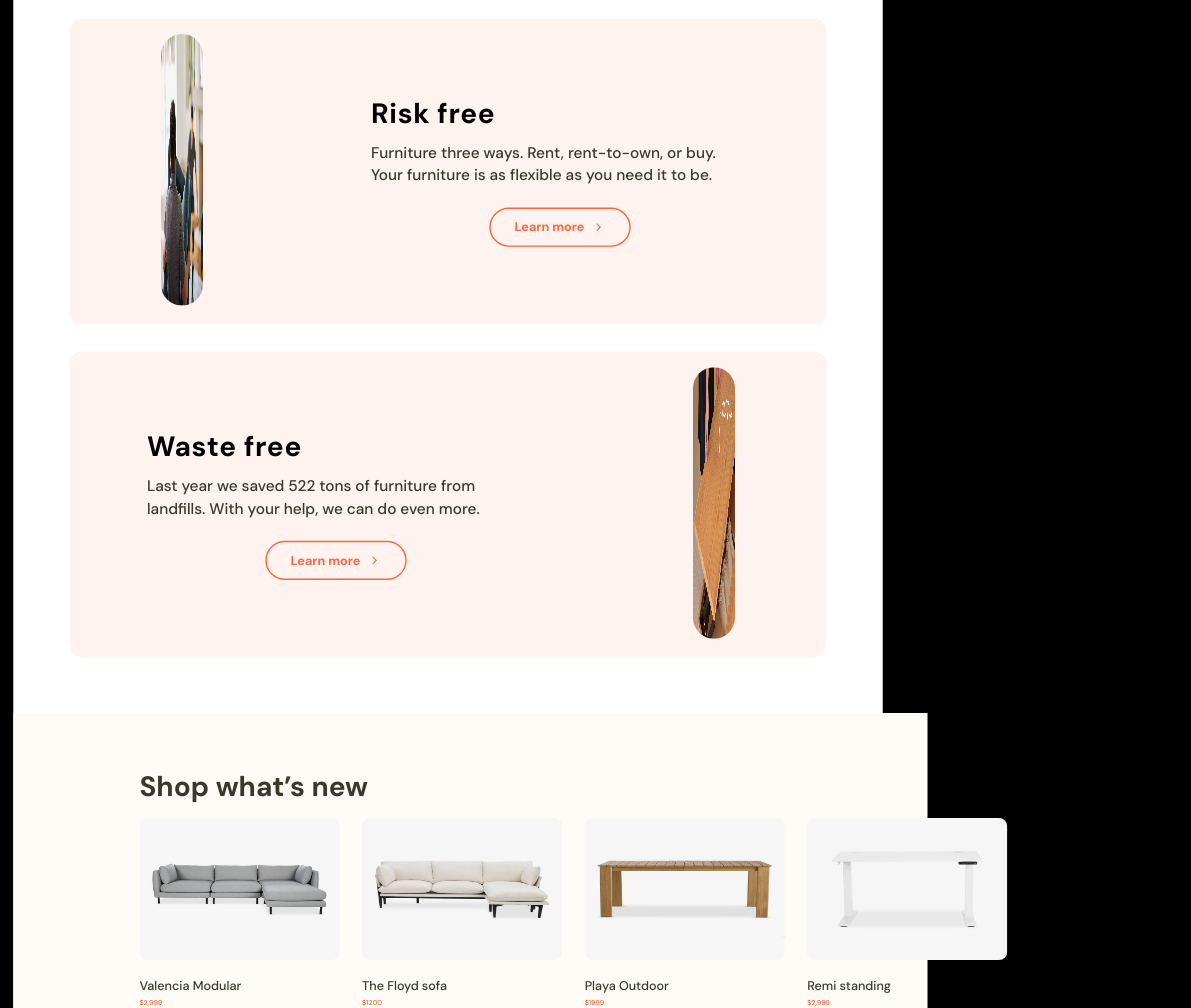
Repository: noman-source/Furniture-website
Page: index.html
These files come from the project's save history. The page is drawn as it stood at one moment and after a run of saves; the edit follows.
The browser window is 1280 px wide. The page is 1702 px wide, so the pictures cover 1702 px, including what lies to the right of the window. The pictures show the part of the page from y = 2331 to 3771 px (the page is 4311 px tall), at 70% of full size.

Above is the page before, as saved 2025-07-04 13:09:52.

### index.html
<!DOCTYPE html>
<html lang="en">

<head>
    <meta charset="UTF-8">
    <meta name="viewport" content="width=device-width, initial-scale=1.0">
    <title>Document</title>
    <link rel="stylesheet" href="style.css">
</head>

<body>
    <header>
        <div class="navbar">
            <div class="nav-left">
                <ul>
                    <li>Cards</li>
                    <li>About</li>
                    <li>App</li>
                </ul>
            </div>
            <div class="nav-center">
                <ul>
                    <li><img src="asserts/svg/navbar-logo.svg" alt=""></li>
                    <li>Halal_Lab</li>
                </ul>
            </div>
            <div class="nav-right"><button><img src="asserts/svg/search.svg" alt="">Check delivery area</button></div>
        </div>
    </header>
    <main>
        <div class="section1">
            <div class="section1-left">
                <div class="section1-text">
                    <h2>An innovative way to make furniture lighter</h2>
                    <h4>Discover hassle-free delivery, free assembly and the flexibility to rent, rent-to-own or buy.
                    </h4>
                    <div class="section1-butt"><button>
                            <p>Start shopping</p><img src="asserts/svg/arrow.svg" alt="">
                        </button></div>
                </div>
            </div>
            <div class="section1-right">
                <img src="asserts/image/img 1.jpg" alt="">
            </div>
        </div>
        <div class="section2">
            <ul>
                <li><img src="asserts/svg/checkmark-circle-01.svg" alt="">Fast, free delivery & assembly</li>
                <li><img src="asserts/svg/checkmark-circle-01.svg" alt="">Convenient rent or buy options</li>
                <li><img src="asserts/svg/checkmark-circle-01.svg" alt="">Low upfront costs for all rentals</li>
                <li><img src="asserts/svg/checkmark-circle-01.svg" alt="">Flexibility to buy out rental items later</li>
            </ul>
        </div>
        <div class="section3">
            <p>About our product</p>
            <div class="section3-content">
                <div class="box box1">
                    <div class="circle"><img src="asserts/svg/upload-03.svg" alt=""></div>
                    <p>We provide a high quality rental at an affordable price</p>
                </div>
                <div class="box box2">
                    <div class="circle"><img src="asserts/svg/drawing-mode.svg" alt=""></div>
                    <p>Feather has made furniture rentals
                        cool again.</p>
                </div>
                <div class="box box3">
                    <div class="circle"><img src="asserts/svg/cabinet-01.svg" alt=""></div>
                    <p>Ease the pain of moving from
                        apartment to apartment.</p>
                </div>

            </div>
        </div>
        <div class="section4">
            <p>Browse by room</p>
            <div class="section4-content">
                <div class="box box1"><img src="asserts/image/img 2.png" alt="">
                    <p>Office <img src="asserts/svg/Vector.svg" alt=""></p>
                </div>
                <div class="box box2"><img src="asserts/image/img 3.png" alt="">
                    <p>Bedroom <img src="asserts/svg/Vector.svg" alt=""></p>
                </div>
                <div class="box box3"><img src="asserts/image/img 4.png" alt="">
                    <p>Living room <img src="asserts/svg/Vector.svg" alt=""></p>
                </div>
                <div class="box box4"><img src="asserts/image/img 5.png" alt="">
                    <p>Dining room <img src="asserts/svg/Vector.svg" alt=""></p>
                </div>
            </div>
        </div>
        <div class="section5">
            <div class="section5-top">
                <div class="left">
                    <div class="text">
                        <h3>Hassle free</h3>
                        <p>High quality but affordable rental designs.</p>
                    </div>
                    <div class="button"><button>Learn more <img src="asserts/svg/arrow-down-01.svg" alt=""></button>
                    </div>
                </div>
                <div class="right"><img src="asserts/image/img 6.png" alt=""></div>
            </div>
            <div class="section5-middle">
                <div class="right"><img src="asserts/image/img 7.png" alt=""></div>
                <div class="left">
                    <div class="text">
                        <h3>Risk free</h3>
                        <p>Furniture three ways. Rent, rent-to-own, or buy. Your furniture is as flexible as you need it
                            to be.</p>
                    </div>
                    <div class="button"><button>Learn more <img src="asserts/svg/arrow-down-01.svg" alt=""></button>
                    </div>
                </div>
            </div>
            <div class="section5-end">
                <div class="left">
                    <div class="text">
                        <h3>Waste free</h3>
                        <p>Last year we saved 522 tons of furniture from landfills. With your help, we can do even more.
                        </p>
                    </div>
                    <div class="button"><button>Learn more <img src="asserts/svg/arrow-down-01.svg" alt=""></button>
                    </div>
                </div>
                <div class="right"><img src="asserts/image/img 8.png" alt=""></div>
            </div>
        </div>
        <div class="section6">
            <div class="section6-content">
                <h3>Shop what’s new</h3>
                <div class="boxes">
                    <div class="box">
                        <div class="box-top"><img src="asserts/image/img 9.png" alt=""></div>
                        <div class="box-bottom">
                            <h4>Valencia Modular </h4>
                            <p>$2,999</p>
                        </div>
                    </div>
                    <div class="box">
                        <div class="box-top"><img src="asserts/image/img 10.png" alt=""></div>
                        <div class="box-bottom">
                            <h4>The Floyd sofa</h4>
                            <p>$1200</p>
                        </div>
                    </div>
                    <div class="box">
                        <div class="box-top"><img src="asserts/image/img 11.png" alt=""></div>
                        <div class="box-bottom">
                            <h4>Playa Outdoor</h4>
                            <p>$1999</p>
                        </div>
                    </div>
                    <div class="box">
                        <div class="box-top"><img src="asserts/image/img 12.png" alt=""></div>
                        <div class="box-bottom">
                            <h4>Remi standing</h4>
                            <p>$2,999</p>
                        </div>
                    </div>
                </div>
            </div>
        </div>
    </main>

    <footer>
        <div class="boxes">
            <div class="box box1">
                <div class="box1-top">
                    <p>Be in the know<br>
                        Get the latest products, promotions, and design tips in your inbox. Sign up and get 25% off your
                        first month.</p>
                </div>
                <div class="box1-bottom"><input type="email"placeholder="Email"><button>Submit</button></div>
            </div>
            <div class="box box2"><ul>
                <li>Shop</li>
                <li>The Goods</li>
                <li>Feather for Business</li>
                <li>Get design help</li>
            </ul></div>
            <div class="box box3"><ul>
                <li>Help</li>
                <li>hello@livefeather.com</li>
                <li>FAQs</li>
            </ul></div>
            <div class="box box4"><ul>
                <li>Follow us</li>
                <li><img src="asserts/svg/Instagram.svg" alt=""><img src="asserts/svg/Twitter.svg" alt=""><img src="asserts/svg/pinterest.svg" alt=""><img src="asserts/svg/Facebook.svg" alt=""><img src="asserts/svg/linkdin.svg" alt=""></li>
            </ul></div>
        </div>
    </footer>

</body>

</html>

### style.css
@import url('https://fonts.googleapis.com/css2?family=DM+Sans:ital,opsz,wght@0,9..40,100..1000;1,9..40,100..1000&display=swap');
@import url('https://fonts.googleapis.com/css2?family=DM+Sans:ital,opsz,wght@0,9..40,100..1000;1,9..40,100..1000&display=swap');
@import url('https://fonts.googleapis.com/css2?family=DM+Sans:ital,opsz,wght@0,9..40,100..1000;1,9..40,100..1000&display=swap');

body {
    font-family: "DM Sans", sans-serif;
    background-color: black;
}

.website {
    background-color: white;
}

* {
    margin: 0;
    padding: 0;
}

header .navbar {
    width: 97%;
    margin: auto;
    height: 72px;
    display: flex;
    justify-content: space-around;
    align-items: center;
    background-color: rgb(246, 244, 244);
    gap: 13%;
    border-bottom: 1px solid #E4E4E4;
}

header .navbar .nav-left {
    font-size: 16px;
    font-weight: 500;
    line-height: 24px;
    letter-spacing: -1%;
}

header .navbar .nav-left ul {
    display: flex;
    justify-content: center;
    align-items: center;
    gap: 50px;
}

header .navbar .nav-left ul li {
    list-style-type: none;
}

header .navbar .nav-center ul {
    display: flex;
    justify-content: center;
    align-items: center;
    gap: 10px;
    font-family: "Ramabhadra", sans-serif;
}

header .navbar .nav-center ul li {
    list-style-type: none;
    font-size: 18px;
    font-weight: 400;
    display: flex;
    justify-content: center;
    align-items: center;
}

header .navbar .nav-right button {
    width: 130%;
    height: 40px;
    background-color: #FD653E;
    border-radius: 32px;
    border: none;
    transform: translateX(-50px);
    display: flex;
    justify-content: center;
    align-items: center;
    gap: 15px;
    font-size: 16px;
    font-weight: 700;
    color: white;
}

main .section1 {
    width: 97%;
    margin: auto;
    height: 588px;
    background-color: #FFF3EF;
    display: flex;
    justify-content: space-around;
    align-items: center;
}

main .section1 .section1-right {
    width: 50%;
    display: flex;
    justify-content: center;
    align-items: center;
}

main .section1 .section1-left {
    width: 50%;
}

main .section1 .section1-left .section1-text {
    width: 70%;
    margin: auto;
    height: 250px;
    display: flex;
    flex-direction: column;
    gap: 20px;
}

main .section1 .section1-left .section1-text h2 {
    font-size: 48px;
    font-weight: 700;
}

main .section1 .section1-left .section1-text p {
    font-size: 18px;
    font-weight: 400;
    color: #39382A;
}

main .section1 .section1-left .section1-text button {
    width: 235px;
    height: 56px;
    display: flex;
    justify-content: center;
    align-items: center;
    gap: 10px;
    border-radius: 32px;
    border: transparent;
    background-color: #ED653B;
}

main .section1 .section1-left .section1-text button p {
    color: white;
    font-size: 20px;
    font-weight: 700;
    font-family: "DM Sans", sans-serif;
}

main .section1 .section1-right img {
    width: 645px;
    border-radius: 12px;
}

.section2 {
    height: 74px;
    width: 97%;
    margin: auto;
    background-color: #ECF4E9;
}

.section2 ul {
    height: 74px;
    display: flex;
    justify-content: space-between;
    align-items: center;
}

.section2 ul li {
    font-family: "DM Sans", sans-serif;
    list-style-type: none;
    display: flex;
    justify-content: center;
    align-items: center;
    gap: 5px;
    font-size: 18px;
    font-weight: 400;
}

.section3 {
    width: 97%;
    margin: auto;
    height: 516px;
    background-color: white;
}

.section3>p {
    font-size: 40px;
    font-weight: 700;
    height: 170px;
    display: flex;
    color: #39302A;
    justify-content: center;
    align-items: center;
}

.section3-content {
    display: flex;
    justify-content: center;
    align-items: center;
    gap: 32px;
}

.section3-content .box {
    width: 392px;
    border-radius: 12px;
    height: 244px;
    display: flex;
    align-items: center;
    justify-content: center;
    flex-direction: column;
    gap: 50px;
    box-shadow: 12px 16px 50px 0px #9A9A9A1F;
}

.section3-content .box .circle {
    width: 50px;
    height: 50px;
    transform: translateY(30px);
    gap: 10px;
    border-radius: 99px; /* Corrected to 99px based on later image */
    padding: 16px; /* Corrected to 16px based on later image */
    background-color: #E3E3E373; /* Corrected to #E3E3E3 based on later image */
}

.section3-content .box p {
    width: 373px;
    margin: auto;
    display: flex;
    font-family: DM Sans;
    font-weight: 500;
    font-size: 22px;
    line-height: 32px;
    text-align: center;
    /* letter-spacing: 0%; */
    /* vertical-align: middle; */
}

.section4 {
    width: 97%;
    margin: auto;
    height: 551px;
    background-color: white;
}

.section4>p {
    font-weight: 700;
    font-size: 40px;
    line-height: 56px;
    letter-spacing: -0.96px;
    padding-top: 50px;
    padding-left: 100px; /* Added based on later image */
}

.section4 .section4-content {
    height: 287px;
    display: flex;
    justify-content: flex-start;
    padding-left: 100px;
    padding-top: 50px;
    gap: 32px;
}

.section4 .section4-content .box {
    height: 287px;
    display: flex;
    flex-direction: column;
    gap: 20px;
}

.section4 .section4-content .box img {
    height: 239px;
    width: 285px;
    border-radius: 12px;
}

.section4 .section4-content .box p {
    font-family: DM Sans;
    font-weight: 500;
    font-size: 22px;
    line-height: 32px;
    display: flex;
    gap: 16px; /* Corrected to 16px based on later image */
    justify-content: flex-start;
    align-items: center; /* Added based on later image */
    color: #39382A; /* Added based on later image */
}

.section5 {
    height: 1548px;
    background-color: white;
    width: 97%;
    margin: auto;
    display: flex;
    justify-content: center;
    align-items: center;
    flex-direction: column;
    gap: 40px;
}

.section5 > .section5-top,
.section5-middle,
.section5-end {
    height: 436px;
    width: 87%;
    border-radius: 16px;
    /* border: 2px solid #E4E4E4; */
    /* margin: auto; */
}

.section5 .section5-top {
    background-color: #F0F8Fa;
    display: flex;
    justify-content: space-around;
    align-items: center;
}

.section5 .section5-middle {
    background-color: #FEF3EE;
    display: flex;
    justify-content: space-around;
    align-items: center;
}

.section5 .section5-end {
    background-color: #FEF3EF;
    display: flex;
    justify-content: space-around;
    align-items: center;
}

.section5 .right img {
    width: 60px;
    height: 388px;
    border-radius: 60px;
}

.section5 .left {
    width: 50%;
    display: flex;
    flex-direction: column;
    justify-content: center;
    align-items: center;
    gap: 30px;
}

.section5 .left .text {
    display: flex;
    flex-direction: column;
    gap: 16px;
}

.section5 .left .button {
    display: flex;
    justify-content: flex-start;
}

.section5 .left .text button {
    width: 400px;
}

.section5 .right {
    padding: 20px;
}

.section5 h3 {
    font-weight: 700;
    font-size: 40px;
    line-height: 50px;
    letter-spacing: 0.96px;
}

.section5 p {
    font-family: DM Sans;
    font-weight: 500;
    font-size: 22px;
    line-height: 32px;
    letter-spacing: 0%; /* Added based on later image */
    vertical-align: middle; /* Added based on later image */
    color: #39382A; /* Added based on later image */
}

.section5 .left button {
    width: 202px;
    height: 56px;
    gap: 10px;
    border-width: 1px;
    padding-top: 16px;
    padding-right: 32px;
    padding-bottom: 16px;
    padding-left: 32px;
    border-radius: 32px;
    background-color: transparent;
    border: 2px solid #FD653E;
    color: #FD653E;
    display: flex;
    justify-content: center;
    align-items: center;
    font-family: DM Sans;
    font-weight: 700;
    font-size: 18px;
}

.section6 {
    background-color: white;
    height: 730px;
    width: 97%;
    margin: auto;
}

.section6 img {
    width: 286px;
    height: 203px;
    border-radius: 12px;
}

.section6 .section6-content {
    height: 548px;
    background-color: #FFFCF8;
    width: 90.7%;
    margin: auto;
    padding-left: 180px;
    padding-top: 80px;
    display: flex;
    flex-direction: column;
    gap: 20px;
}

.section6-content .boxes {
    display: flex;
    gap: 32px;
}

.section6-content .boxes .box {
    display: flex;
    flex-direction: column;
    gap: 19px;
}

.section6 h2 {
    font-family: Circular Std;
    font-weight: 700;
}

.section6 h3 {
    /* font-family: Circular Std; */
    font-weight: 700;
    font-size: 40px;
    line-height: 50px;
    letter-spacing: 0px;
    vertical-align: middle;
    color: #39382A;
}

.section6-content .box-bottom {
    display: flex;
    flex-direction: column;
    gap: 4px;
}

.section6-content .box-bottom h4 {
    font-family: DM Sans;
    font-weight: 500;
    font-size: 18px;
    line-height: 26px;
    letter-spacing: 0%;
    vertical-align: middle;
    color: #39382A;
}

.section6-content .box-bottom p {
    font-family: DM Sans;
    font-weight: 500;
    font-size: 10px;
    line-height: 14px;
    letter-spacing: 0%;
    vertical-align: middle;
    color: #ED653B;
}

footer {
    border-top: 1px solid #DC0805;
    width: 97%;
    background-color: white;
    height: 230px;
    margin: auto;
    display: flex;
    justify-content: center;
    align-items: center;
    /* transform: translateY(130px); */
}

footer .boxes {
    display: grid;
    grid-template-columns: 403px 180px 180px 170px;
    width: 85%;
    margin: auto;
    /* background-color: #39382A; */
    height: 144px;
    justify-content: space-between;
}

footer .boxes .box1 {
    display: flex;
    flex-direction: column;
    gap: 20px;
}

footer .boxes .box1-top {
    font-family: DM Sans;
    font-weight: 700;
    font-size: 34px;
}

footer .boxes .box1 .box1-top {
    font-weight: 400;
    font-size: 14.13px;
    line-height: 24px;
    letter-spacing: 0%;
    vertical-align: middle;
}

footer .boxes .box1 .box1-bottom {
    display: flex;
    gap: 16px;
    justify-content: center;
    align-items: center;
}

footer .boxes .box1 .box1-bottom input {
    width: 245px;
    height: 48px;
    border: 1px solid #EDEDED;
    border-radius: 32px;
    outline: none;
}

footer .boxes .box1 .box1-bottom input::placeholder {
    transform: translateX(20px);
    font-family: DM Sans;
    font-weight: 500;
    font-size: 16px;
    line-height: 24px;
    letter-spacing: 1%;
    vertical-align: middle;
    color: #BABABA;
}

footer .boxes .box1 .box1-bottom button {
    width: 140px;
    height: 48px;
    border-width: 1px;
    border-radius: 48px;
    border: 1px solid #ED653B;
    background-color: transparent;
    font-family: DM Sans;
    font-weight: 500;
    font-size: 16px;
    line-height: 24px;
    letter-spacing: 1%;
    vertical-align: middle;
    color: #ED653B;
}

footer .boxes ul li:first-child {
    font-weight: 500;
    font-size: 16px;
    letter-spacing: 0.16px;
    color: #2A2A2D;
}

footer .boxes ul {
    display: flex;
    flex-direction: column;
    gap: 16px;
}

footer .boxes ul li {
    list-style-type: none;
    font-family: DM Sans;
    font-weight: 400; /* Added based on latest image */
    font-size: 16px; /* Added based on latest image */
    color: #39382A; /* Added based on latest image */
}

footer .boxes .box4 li:last-of-type {
    display: flex;
    justify-content: space-between;
    align-items: center;
}

After the next 3 saves:
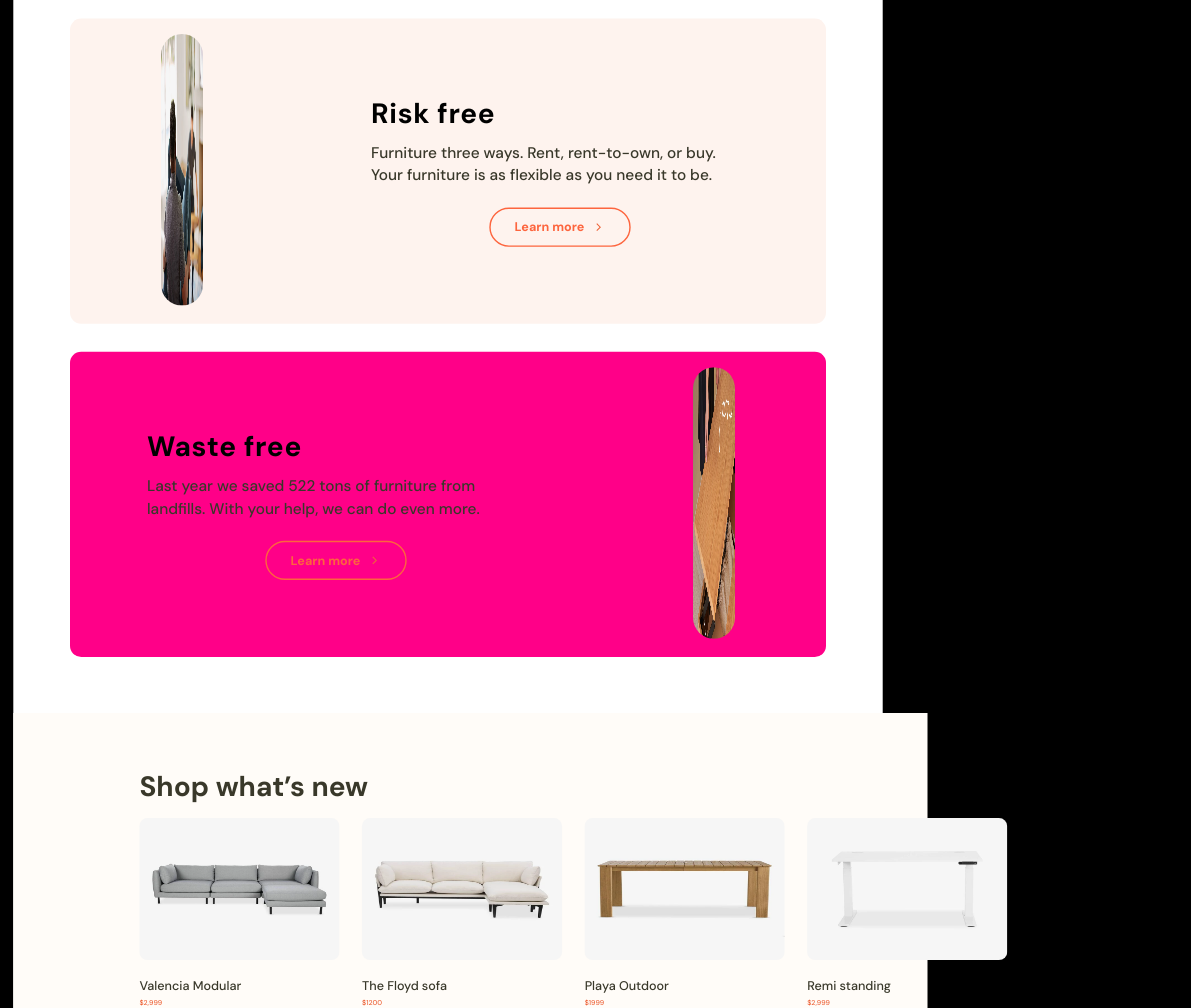
The 3 saves are shown as one change because they came seconds apart.
The last was saved 50 s later.
--- a/style.css
+++ b/style.css
@@ -210,9 +210,12 @@
     height: 50px;
     transform: translateY(30px);
     gap: 10px;
-    border-radius: 99px; /* Corrected to 99px based on later image */
-    padding: 16px; /* Corrected to 16px based on later image */
-    background-color: #E3E3E373; /* Corrected to #E3E3E3 based on later image */
+    border-radius: 99px;
+    /* Corrected to 99px based on later image */
+    padding: 16px;
+    /* Corrected to 16px based on later image */
+    background-color: #E3E3E373;
+    /* Corrected to #E3E3E3 based on later image */
 }
 
 .section3-content .box p {
@@ -241,7 +244,8 @@
     line-height: 56px;
     letter-spacing: -0.96px;
     padding-top: 50px;
-    padding-left: 100px; /* Added based on later image */
+    padding-left: 100px;
+    /* Added based on later image */
 }
 
 .section4 .section4-content {
@@ -272,10 +276,13 @@
     font-size: 22px;
     line-height: 32px;
     display: flex;
-    gap: 16px; /* Corrected to 16px based on later image */
+    gap: 16px;
+    /* Corrected to 16px based on later image */
     justify-content: flex-start;
-    align-items: center; /* Added based on later image */
-    color: #39382A; /* Added based on later image */
+    align-items: center;
+    /* Added based on later image */
+    color: #39382A;
+    /* Added based on later image */
 }
 
 .section5 {
@@ -290,7 +297,7 @@
     gap: 40px;
 }
 
-.section5 > .section5-top,
+.section5>.section5-top,
 .section5-middle,
 .section5-end {
     height: 436px;
@@ -315,7 +322,7 @@
 }
 
 .section5 .section5-end {
-    background-color: #FEF3EF;
+    background-color: #F08;
     display: flex;
     justify-content: space-around;
     align-items: center;
@@ -367,9 +374,12 @@
     font-weight: 500;
     font-size: 22px;
     line-height: 32px;
-    letter-spacing: 0%; /* Added based on later image */
-    vertical-align: middle; /* Added based on later image */
-    color: #39382A; /* Added based on later image */
+    letter-spacing: 0%;
+    /* Added based on later image */
+    vertical-align: middle;
+    /* Added based on later image */
+    color: #39382A;
+    /* Added based on later image */
 }
 
 .section5 .left button {
@@ -570,9 +580,12 @@
 footer .boxes ul li {
     list-style-type: none;
     font-family: DM Sans;
-    font-weight: 400; /* Added based on latest image */
-    font-size: 16px; /* Added based on latest image */
-    color: #39382A; /* Added based on latest image */
+    font-weight: 400;
+    /* Added based on latest image */
+    font-size: 16px;
+    /* Added based on latest image */
+    color: #39382A;
+    /* Added based on latest image */
 }
 
 footer .boxes .box4 li:last-of-type {
